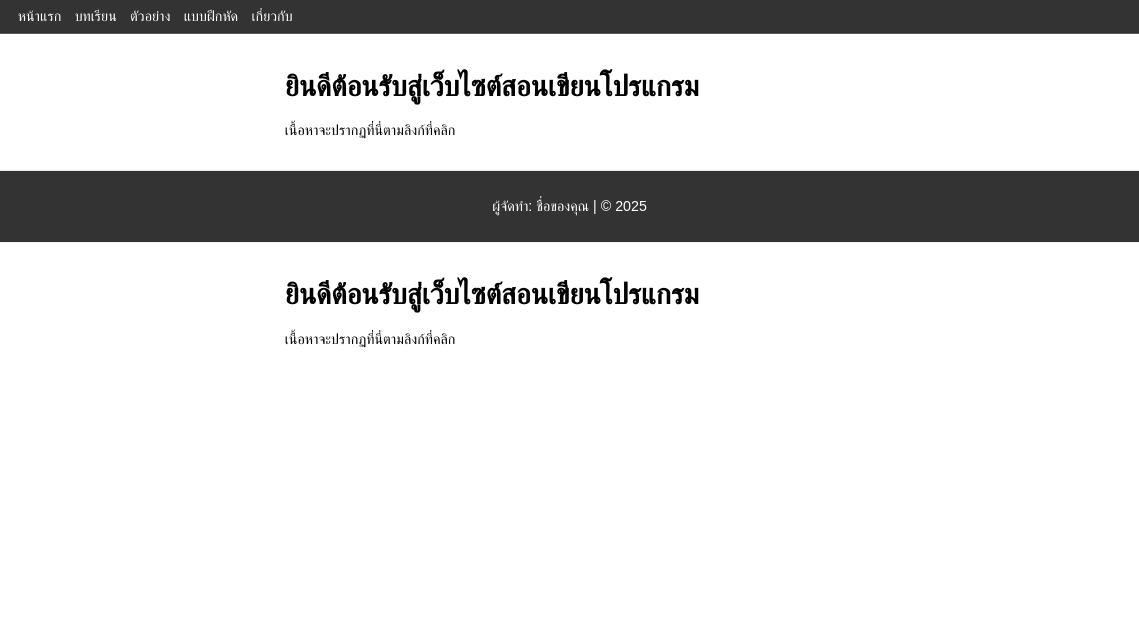
Repository: staggil/thesis
Page: index.html
The author's editor kept a copy of each file at every save. The page is drawn from the files as they stood at one save, then again after the next save.
The browser window is 1280 px wide. The pictures show the whole page, at 89% of full size.

Above is the page before, as saved 2025-12-08 03:35:39.

### index.html
<!DOCTYPE html>
<html lang="th">
<head>
    <meta charset="UTF-8">
    <meta name="viewport" content="width=device-width, initial-scale=1.0">
    <title>เว็บไซต์สอนเขียนโปรแกรม</title>
    <link rel="stylesheet" href="style.css">
    <script src="script.js" defer></script>
</head>
<body class="empty" data-sidebar="/components/empty.html">

    <!-- Header -->
    <div id="header-placeholder"></div>

    <!-- Sidebar -->
    <div id="sidebar-placeholder"></div>

    <!-- Content -->
    <main id="main-content">
        <h1>ยินดีต้อนรับสู่เว็บไซต์สอนเขียนโปรแกรม</h1>
        <p>เนื้อหาจะปรากฏที่นี่ตามลิงก์ที่คลิก</p>
    </main>

    <!-- Footer -->
    <div id="footer-placeholder"></div>

</body>
</html>
<!DOCTYPE html>
<html lang="th">
<head>
    <meta charset="UTF-8">
    <meta name="viewport" content="width=device-width, initial-scale=1.0">
    <title>เว็บไซต์สอนเขียนโปรแกรม</title>
    <link rel="stylesheet" href="style.css">
    <script src="script.js" defer></script>
</head>
<body data-sidebar="/components/empty.html">

    <!-- Header -->
    <div id="header-placeholder"></div>

    <!-- Sidebar -->
    <div id="sidebar-placeholder"></div>

    <!-- Content -->
    <main id="main-content">
        <h1>ยินดีต้อนรับสู่เว็บไซต์สอนเขียนโปรแกรม</h1>
        <p>เนื้อหาจะปรากฏที่นี่ตามลิงก์ที่คลิก</p>
    </main>

    <!-- Footer -->
    <div id="footer-placeholder"></div>

</body>
</html>

### style.css
/* =========================
   Reset & Body
   ========================= */
body {
    margin: 0;
    font-family: Arial, sans-serif;
    box-sizing: border-box;
}

/* =========================
   Header
   ========================= */
header {
    background-color: #333;
    color: white;
    padding: 10px 20px;
}

.navbar ul {
    list-style: none;
    display: flex;
    gap: 15px;
    padding: 0;
    margin: 0;
}

.navbar ul li a {
    color: white;
    text-decoration: none;
}

/* =========================
   Sidebar
   ========================= */
#sidebar {
    width: 200px;               /* กำหนดความกว้าง */
    background-color: #f4f4f4;  /* สีพื้นหลัง */
    padding: 15px;              /* ระยะขอบภายใน */
    float: left;                /* ลอยซ้าย */
    height: 100vh;              /* ความสูงเต็มหน้าจอ */
    overflow-y: auto;           /* scroll ถ้ายาวเกิน */
}

#sidebar ul {
    list-style: none;
    padding: 0;
}

#sidebar ul li {
    margin-bottom: 10px;
}

#sidebar ul li a {
    text-decoration: none;
    color: #333;
    display: block;
    padding: 8px;
    border-radius: 4px;
    transition: background 0.3s;
}

#sidebar ul li a:hover {
    background-color: #ddd;
}

/* =========================
   Main Content
   ========================= */
#main-content {
    padding: 20px;          /* ระยะขอบภายใน */
    margin-left: 300px;     /* เว้นระยะจาก sidebar (sidebar width + 20px) */
    max-width: 700px;
}

/* กรณีหน้า index.html ไม่มี sidebar */
body.index #main-content {
    margin-left: 0;
    max-width: 700px;        /* กว้างเท่ากับหน้าที่มี sidebar */
    margin: 0 auto;          /* จัด content กลางหน้า */
}

/* =========================
   Footer
   ========================= */
footer {
    clear: both;
    background-color: #333;
    color: white;
    text-align: center;
    padding: 15px;
    position: relative;
}

/* =========================
   Responsive (มือถือ)
   ========================= */
@media screen and (max-width: 768px) {
    #sidebar {
        width: 100%;
        height: auto;
        float: none;
    }
    #main-content {
        margin-left: 0;
        padding: 15px;
    }

    .navbar ul {
        flex-direction: column;
        gap: 5px;
    }
}


/* สำหรับ empty sidebar ให้สีเหมือนพื้นหลังของ body */
#sidebar.empty-sidebar {
    background-color: transparent; /* หรือสีเดียวกับ body */
    padding: 0;       /* ถ้าอยากให้ไม่มี padding */
    float: none;
    overflow: visible;
}

#sidebar.empty-sidebar {
    display: none; /* ซ่อน sidebar */
}
body.index #main-content {
    margin-left: 0;  /* ขยายเต็มพื้นที่ที่ sidebar เคยอยู่ */
    max-width: 700px;
    margin: 0 auto;
}

### script.js
function loadComponent(filePath, elementId) {
    if (!filePath) return;
    const el = document.getElementById(elementId);
    if (!el) {
        console.error(`ไม่พบ element id="${elementId}"`);
        return;
    }
    fetch(filePath)
        .then(response => {
            if (!response.ok) throw new Error("ไม่พบไฟล์ " + filePath);
            return response.text();
        })
        .then(data => {
            el.innerHTML = data;
        })
        .catch(error => console.error(error));
}

document.addEventListener("DOMContentLoaded", function() {
    loadComponent("/components/header.html", "header-placeholder");
    loadComponent("/components/footer.html", "footer-placeholder");

    const sidebarFile = document.body.getAttribute("data-sidebar");
    loadComponent(sidebarFile, "sidebar-placeholder");
});

### components/header.html
<header>
    <nav class="navbar">
        <ul>
            <li><a href="/index.html">หน้าแรก</a></li>
            <li><a href="/lessons/intro.html">บทเรียน</a></li>
            <li><a href="/examples/draw-rect.html">ตัวอย่าง</a></li>
            <li><a href="/exercises/exercise1.html">แบบฝึกหัด</a></li>
            <li><a href="/about/about.html">เกี่ยวกับ</a></li>
        </ul>
    </nav>
</header>

### components/footer.html
<footer>
    <p>ผู้จัดทำ: ชื่อของคุณ | © 2025</p>
</footer>

### components/empty.html
<aside id="sidebar" class="empty-sidebar">
    <ul>

    </ul>
</aside>

After the next save:
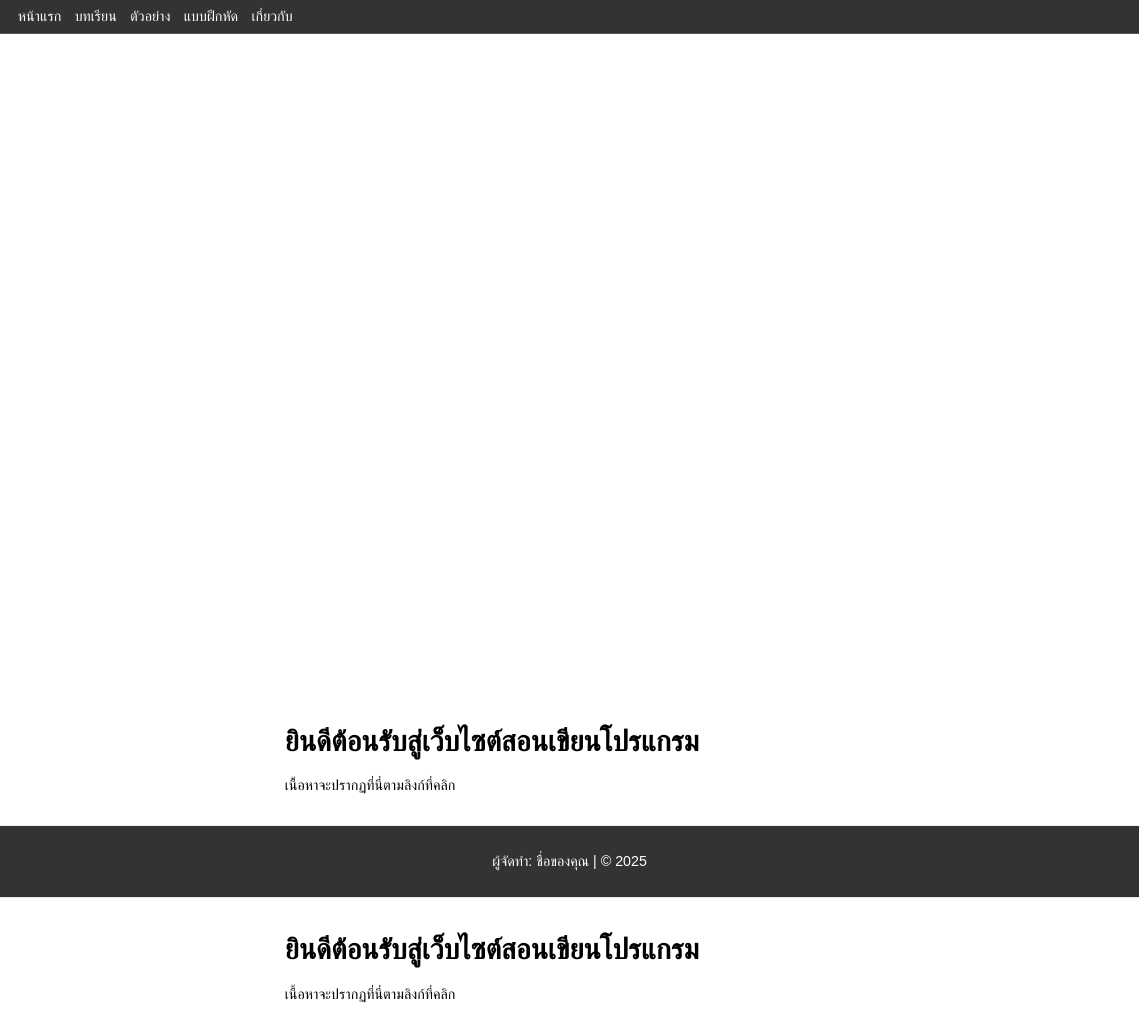
Saved 61 s later.
--- a/style.css
+++ b/style.css
@@ -120,9 +120,6 @@
     overflow: visible;
 }
 
-#sidebar.empty-sidebar {
-    display: none; /* ซ่อน sidebar */
-}
 body.index #main-content {
     margin-left: 0;  /* ขยายเต็มพื้นที่ที่ sidebar เคยอยู่ */
     max-width: 700px;

After the save that followed:
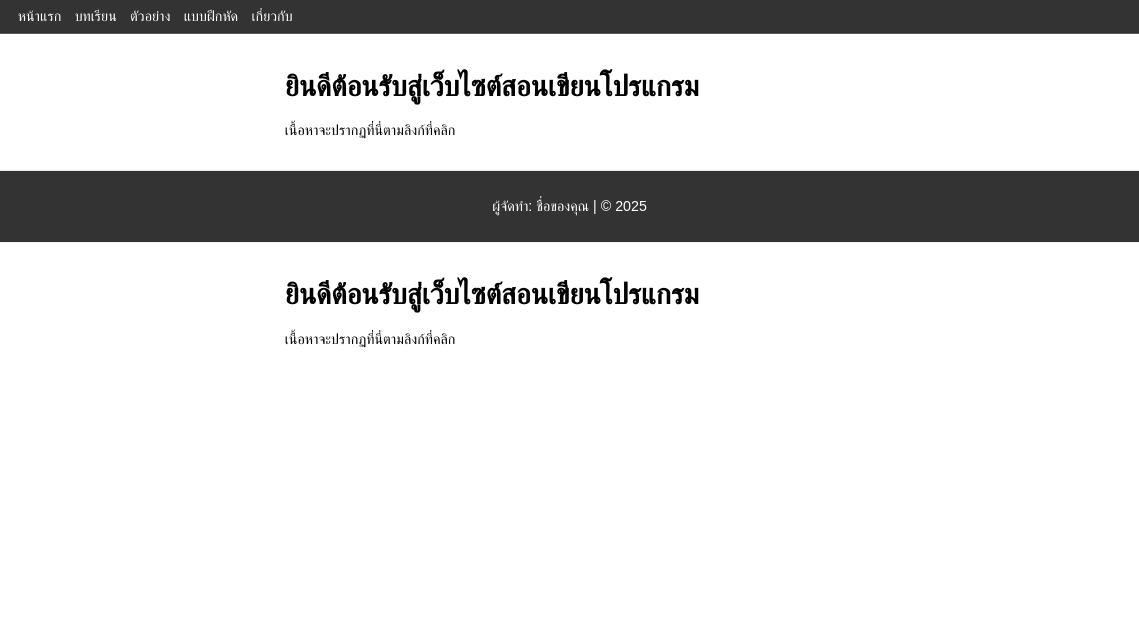
Saved 21 s later.
--- a/style.css
+++ b/style.css
@@ -120,6 +120,9 @@
     overflow: visible;
 }
 
+#sidebar.empty-sidebar {
+    display: none; /* ซ่อน sidebar */
+}
 body.index #main-content {
     margin-left: 0;  /* ขยายเต็มพื้นที่ที่ sidebar เคยอยู่ */
     max-width: 700px;
